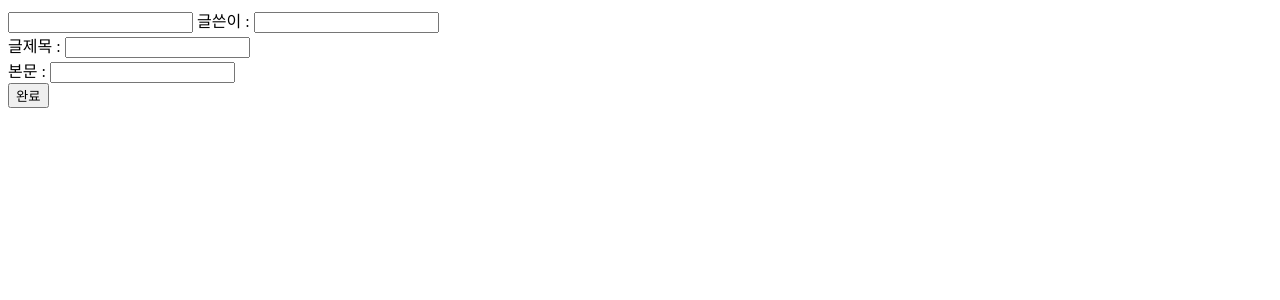
Repository: HeeMang28/jsp2
Page: http://localhost/MyFirstWeb/board/boardInsertForm.jsp
An editor plug-in stored every save of this project. The page is shown before and after the next save, followed by the edit.
The browser window is 1280 px wide. The pictures show the whole page.
The page is served by Tomcat 9. Other server files are loaded and not shown.

Above is the page before, as saved 2022-04-19 10:13:16.

### MyFirstWeb/src/main/webapp/board/boardInsertForm.jsp
<%@ page language="java" contentType="text/html; charset=UTF-8"
    pageEncoding="UTF-8"%>
<!DOCTYPE html>
<html>
<head>
<meta charset="UTF-8">
<title>Insert title here</title>
</head>
<body>
	<input action="/boardInsert" method="get">
	글쓴이 : <input type="text" name="writer"/> <br/>
	글제목 : <input type="text" name="title"/> <br/>
	본문 : <input type="text" name="content"/> <br/>
	<input type="submit" value="완료"/> <br/>
</body>
</html>

After the next save:
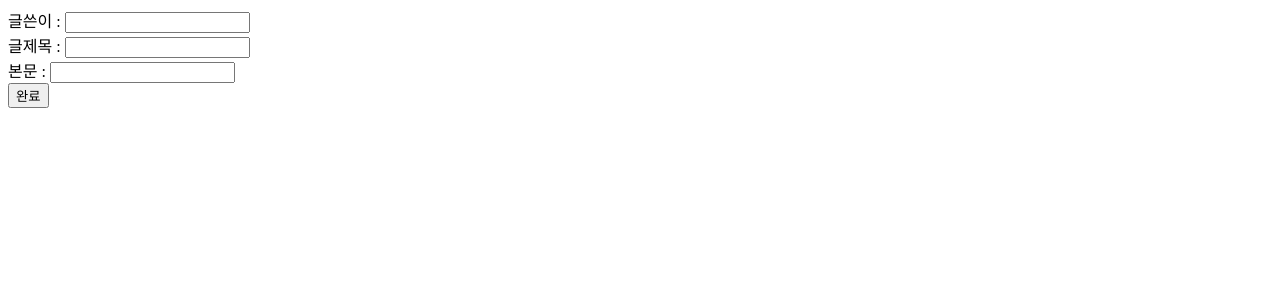
Saved 34 s later.
--- a/MyFirstWeb/src/main/webapp/board/boardInsertForm.jsp
+++ b/MyFirstWeb/src/main/webapp/board/boardInsertForm.jsp
@@ -7,10 +7,11 @@
 <title>Insert title here</title>
 </head>
 <body>
-	<input action="/boardInsert" method="get">
+	<form action="/boardInsert" method="get">
 	글쓴이 : <input type="text" name="writer"/> <br/>
 	글제목 : <input type="text" name="title"/> <br/>
 	본문 : <input type="text" name="content"/> <br/>
 	<input type="submit" value="완료"/> <br/>
+	</form>
 </body>
 </html>
